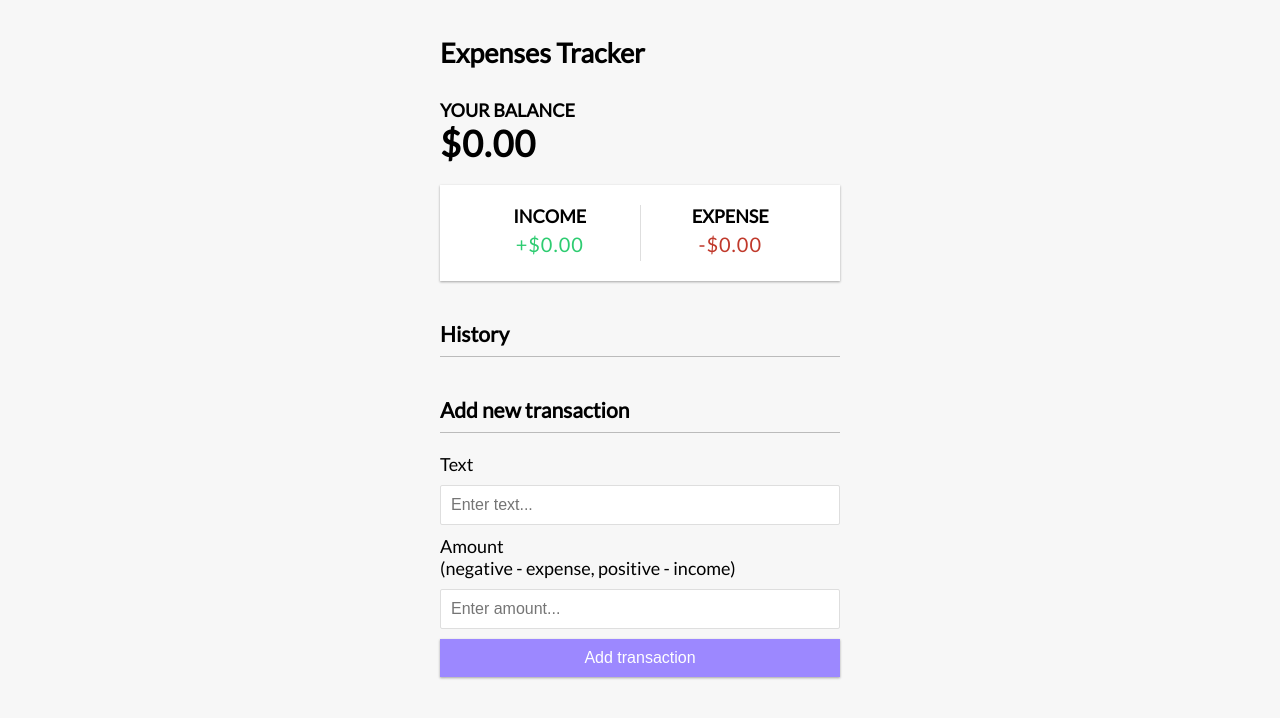
Repository: AyushMahatara/VUE-expense-tracker-app
Page: /
These files come from the project's save history. The page is drawn as it stood at one moment and after the next save; the edit follows.
The browser window is 1280 px wide. The pictures show the whole page.
The project was rebuilt for these pictures with package versions that can differ from the ones it lists, and the page was loaded fresh each time. Also part of the build but not shown: vite.config.js.

Above is the page before, as saved 2023-12-29 14:20:33.

After the next save:
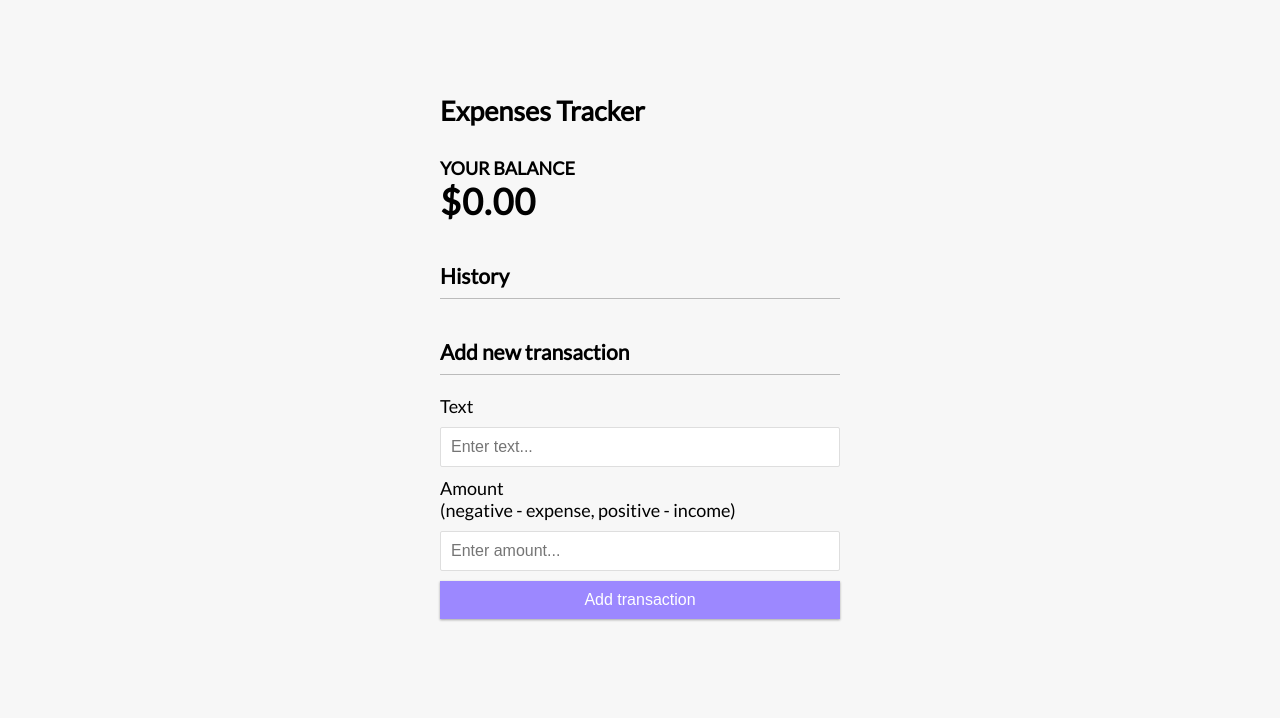
Saved 47 s later.
--- a/src/components/Balance.vue
+++ b/src/components/Balance.vue
@@ -1,15 +1,4 @@
 <template>
   <h4>Your Balance</h4>
   <h1 id="balance">$0.00</h1>
-
-  <div class="inc-exp-container">
-    <div>
-      <h4>Income</h4>
-      <p id="money-plus" class="money plus">+$0.00</p>
-    </div>
-    <div>
-      <h4>Expense</h4>
-      <p id="money-minus" class="money minus">-$0.00</p>
-    </div>
-  </div>
 </template>

After the save that followed:
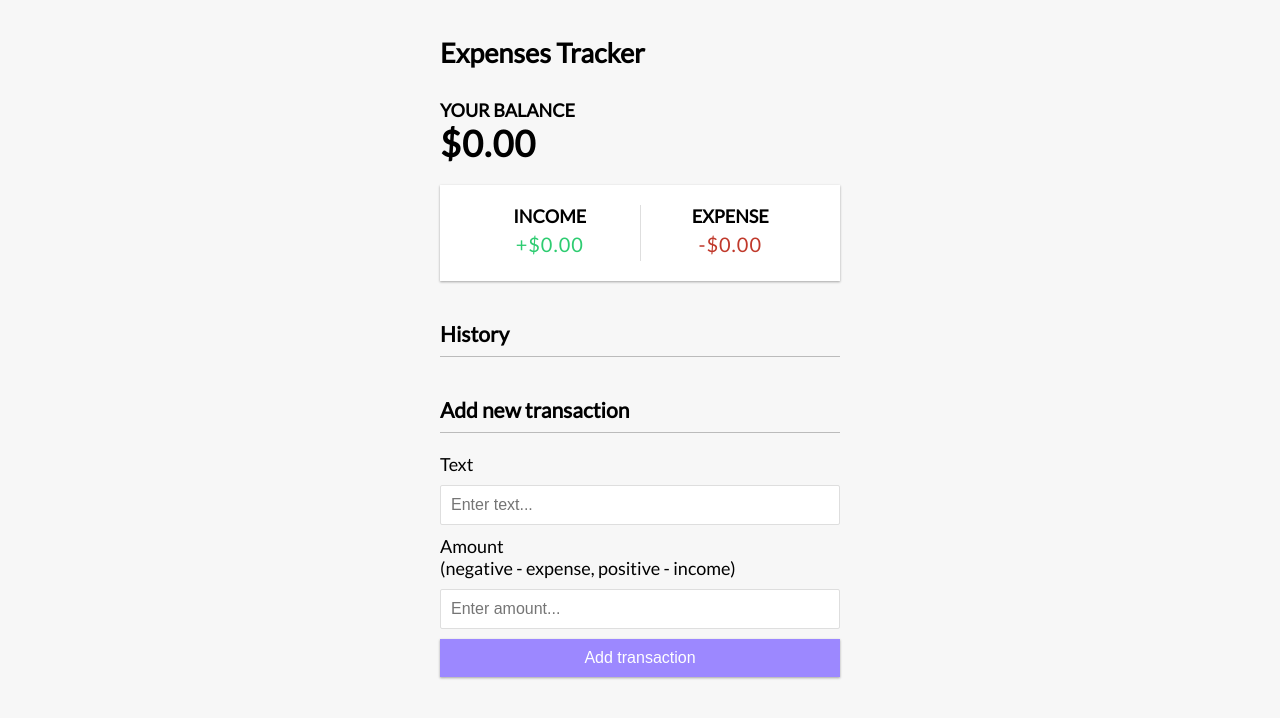
Saved 2 s later.
--- a/src/components/IncomeExpense.vue
+++ b/src/components/IncomeExpense.vue
@@ -1,4 +1,14 @@
 <template>
+  <div class="inc-exp-container">
+    <div>
+      <h4>Income</h4>
+      <p id="money-plus" class="money plus">+$0.00</p>
+    </div>
+    <div>
+      <h4>Expense</h4>
+      <p id="money-minus" class="money minus">-$0.00</p>
+    </div>
+  </div>
   <h3>History</h3>
   <ul id="list" class="list">
     <!-- <li class="minus">
